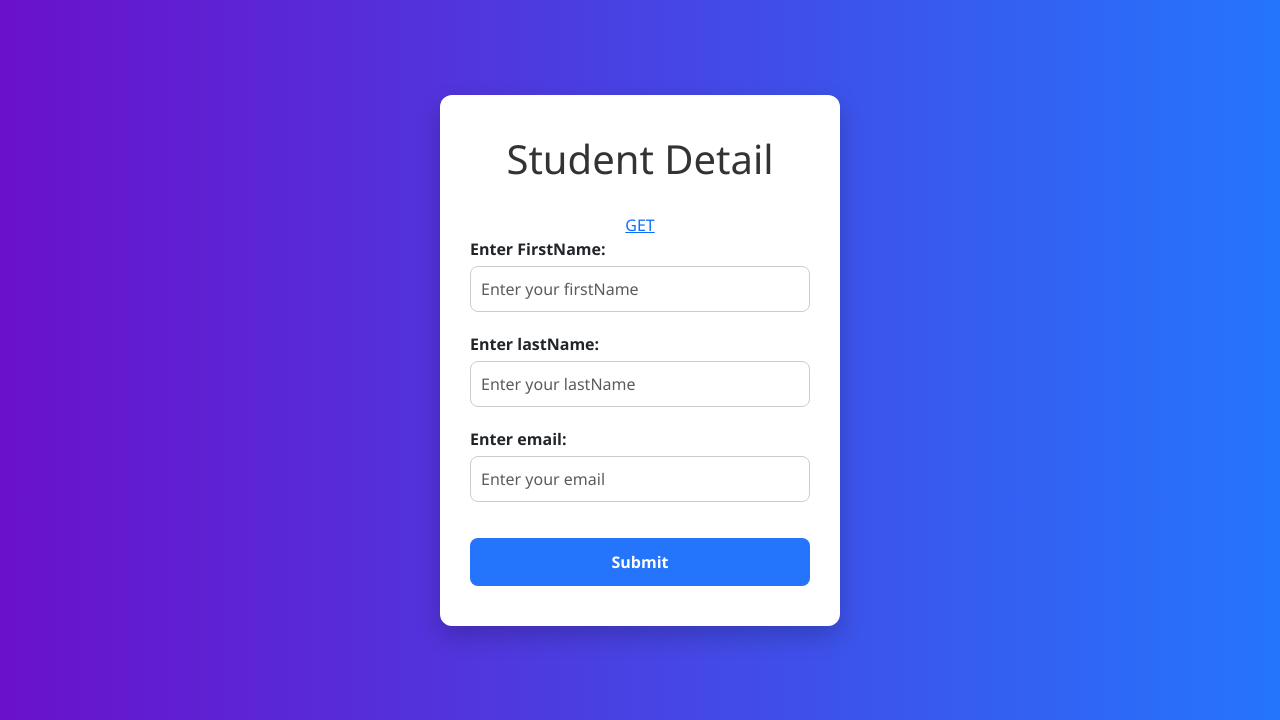
Repository: Mali-Sagar-A/Advance_Web_Java
Page: http://localhost/LibararyCURD/addBooks.jsp
The author's editor kept a copy of each file at every save. The page is drawn from the files as they stood at one save, then again after the next save.
The browser window is 1280 px wide. The pictures show the whole page.
The page is served by Tomcat 9. Other server files are loaded and not shown.

Above is the page before, as saved 2025-05-21 18:13:59.

### LibararyCURD/src/main/webapp/addBooks.jsp
<%@ page language="java" contentType="text/html; charset=UTF-8"
    pageEncoding="UTF-8"%>
<!DOCTYPE html>
<html lang="en">
<head>
  <meta charset="UTF-8">
  <title>Login</title>

  <!-- Bootstrap (Optional) -->
  <link href="https://cdn.jsdelivr.net/npm/bootstrap@5.3.3/dist/css/bootstrap.min.css" rel="stylesheet">

  <style>
    body {
      background: linear-gradient(to right, #6a11cb, #2575fc);
      font-family: 'Segoe UI', Tahoma, Geneva, Verdana, sans-serif;
      height: 100vh;
      margin: 0;
      display: flex;
      justify-content: center;
      align-items: center;
    }

    .login-container {
      background-color: #fff;
      padding: 40px 30px;
      border-radius: 12px;
      box-shadow: 0 10px 25px rgba(0, 0, 0, 0.2);
      width: 100%;
      max-width: 400px;
      text-align: center;
    }

    .login-container h1 {
      margin-bottom: 30px;
      color: #333;
    }

    .form-label {
      font-weight: 600;
      text-align: left;
      display: block;
      margin-bottom: 5px;
    }

    .form-control {
      border-radius: 8px;
      padding: 10px;
      margin-bottom: 20px;
      border: 1px solid #ccc;
      transition: all 0.3s ease;
    }

    .form-control:focus {
      border-color: #2575fc;
      box-shadow: 0 0 5px rgba(37, 117, 252, 0.5);
    }

    .btn-login {
      background-color: #2575fc;
      color: white;
      border: none;
      padding: 12px;
      border-radius: 8px;
      font-weight: bold;
      width: 100%;
      transition: background-color 0.3s ease;
    }

    .btn-login:hover {
      background-color: #1a5ed9;
    }

    .error-message {
      color: red;
      font-size: 0.9em;
      margin-bottom: 15px;
      display: none;
    }
  </style>


</head>

<body>

  <div class="login-container">
    <h1>Student Detail</h1>
    <a href="showStudent.jsp">GET</a>
    <div id="error" class="error-message"></div>
    <form action="Next.jsp" method="post" name="">
      <label for="firstName" class="form-label">Enter FirstName:</label>
      <input type="text" name="firstName" id="firstName" class="form-control" placeholder="Enter your firstName">

      <label for="lastName" class="form-label">Enter lastName:</label>
      <input type="text" name="lastName" id="lastName" class="form-control" placeholder="Enter your lastName">

      <label for="email" class="form-label">Enter email:</label>
      <input type="text" name="email" id="email" class="form-control" placeholder="Enter your email">


      <input type="submit" name="Submit" value="Submit" class="btn btn-login mt-3">

    </form>
  </div>

</body>
</html>

After the next save:
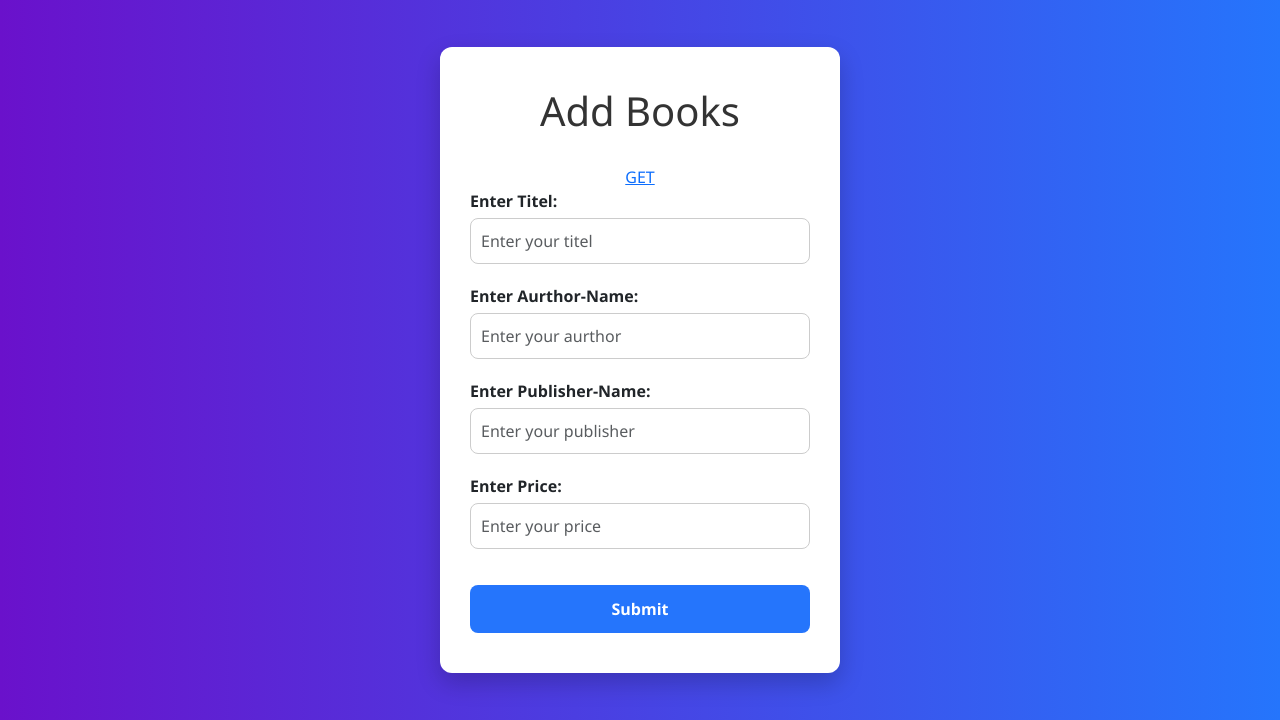
Saved 14 h 44 min later.
--- a/LibararyCURD/src/main/webapp/addBooks.jsp
+++ b/LibararyCURD/src/main/webapp/addBooks.jsp
@@ -4,7 +4,7 @@
 <html lang="en">
 <head>
   <meta charset="UTF-8">
-  <title>Login</title>
+  <title>AddBooks</title>
 
   <!-- Bootstrap (Optional) -->
   <link href="https://cdn.jsdelivr.net/npm/bootstrap@5.3.3/dist/css/bootstrap.min.css" rel="stylesheet">
@@ -84,18 +84,21 @@
 <body>
 
   <div class="login-container">
-    <h1>Student Detail</h1>
+    <h1>Add Books</h1>
     <a href="showStudent.jsp">GET</a>
     <div id="error" class="error-message"></div>
     <form action="Next.jsp" method="post" name="">
-      <label for="firstName" class="form-label">Enter FirstName:</label>
-      <input type="text" name="firstName" id="firstName" class="form-control" placeholder="Enter your firstName">
+      <label for="titel" class="form-label">Enter Titel:</label>
+      <input type="text" name="titel" id="titel" class="form-control" placeholder="Enter your titel">
 
-      <label for="lastName" class="form-label">Enter lastName:</label>
-      <input type="text" name="lastName" id="lastName" class="form-control" placeholder="Enter your lastName">
+      <label for="aurthor" class="form-label">Enter Aurthor-Name:</label>
+      <input type="text" name="aurthor" id="aurthor" class="form-control" placeholder="Enter your aurthor">
 
-      <label for="email" class="form-label">Enter email:</label>
-      <input type="text" name="email" id="email" class="form-control" placeholder="Enter your email">
+      <label for="publisher" class="form-label">Enter Publisher-Name:</label>
+      <input type="text" name="publisher" id="publisher" class="form-control" placeholder="Enter your publisher">
+
+      <label for="price" class="form-label">Enter Price:</label>
+      <input type="text" name="price" id="price" class="form-control" placeholder="Enter your price">
 
 
       <input type="submit" name="Submit" value="Submit" class="btn btn-login mt-3">
